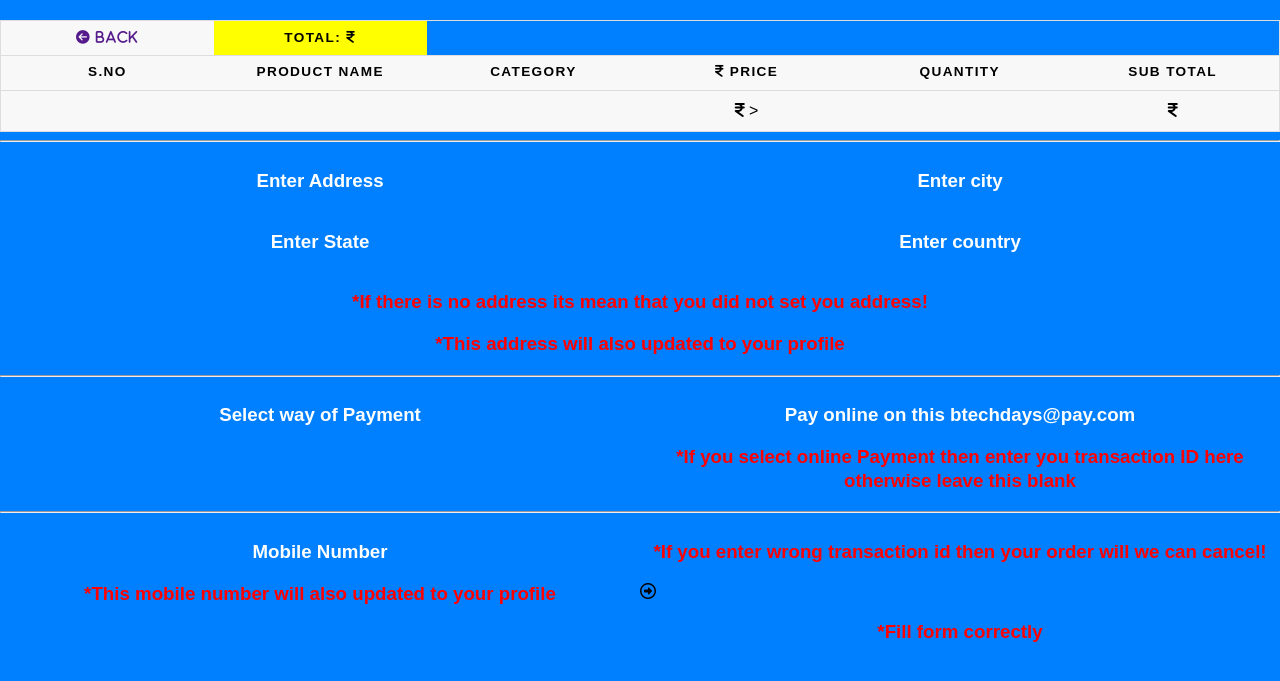
Repository: mauryau103/SandwichStore
Page: http://localhost/SandwichStore/addressPaymentForOrder.jsp
These files come from the project's save history. The page is drawn as it stood at one moment and after the next save; the edit follows.
The browser window is 1280 px wide. The pictures show the whole page.
Some web libraries are served in a nearby version. The page is served by Tomcat 9. The session is filled in as if someone had signed in: {"sList": 1, "username": "testuser"}. Other server files are loaded and not shown.

Above is the page before, as saved 2022-09-21 10:26:16.

### SandwichStore/src/main/webapp/addressPaymentForOrder.jsp
<%@ page language="java" contentType="text/html; charset=ISO-8859-1"
    pageEncoding="ISO-8859-1"%>
    <%@page import="java.sql.Statement"%>
<%@page import="java.sql.ResultSet"%>
<%@page import="java.awt.Taskbar.State"%>
<%@page import="com.db.MyConnection"%>
<%@page import="java.sql.Connection"%>
<!DOCTYPE html>
<html>
<head>
<link rel="stylesheet" href="css/addressPaymentForOrder-style.css">
<script src='https://kit.fontawesome.com/a076d05399.js'></script>
<title>Home</title>

</head>
<body>
<br>
<table>
<thead>

          <tr>
          <th scope="col"><a href=""><i class='fas fa-arrow-circle-left'> Back</i></a></th>
            <th scope="col" style="background-color: yellow;">Total: <i class="fa fa-inr"></i> </th>
          </tr>
        </thead>
        <thead>
          <tr>
          <th scope="col">S.No</th>
            <th scope="col">Product Name</th>
            <th scope="col">Category</th>
            <th scope="col"><i class="fa fa-inr"></i> price</th>
            <th scope="col">Quantity</th>
            <th scope="col">Sub Total</th>
          </tr>
        </thead>
        <tbody>

          <tr>

           <td></td>
            <td></td>
            <td></td>
            <td><i class="fa fa-inr"></i> ></td>
            <td> </td>
            <td><i class="fa fa-inr"></i> </td>
            </tr>

        </tbody>
      </table>

<hr style="width: 100%">

 <div class="left-div">
 <h3>Enter Address</h3>

 </div>

<div class="right-div">
<h3>Enter city</h3>

</div>

<div class="left-div">
<h3>Enter State</h3>

</div>

<div class="right-div">
<h3>Enter country</h3>

</div>
<h3 style="color: red">*If there is no address its mean that you did not set you address!</h3>
<h3 style="color: red">*This address will also updated to your profile</h3>
<hr style="width: 100%">
<div class="left-div">
<h3>Select way of Payment</h3>

</div>

<div class="right-div">
<h3>Pay online on this btechdays@pay.com</h3>

<h3 style="color: red">*If you select online Payment then enter you transaction ID here otherwise leave this blank</h3>
</div>
<hr style="width: 100%">

<div class="left-div">
<h3>Mobile Number</h3>

<h3 style="color: red">*This mobile number will also updated to your profile</h3>
</div>
<div class="right-div">
<h3 style="color: red">*If you enter wrong transaction id then your order will we can cancel!</h3>
<i class='far fa-arrow-alt-circle-right'></i>
<h3 style="color: red">*Fill form correctly</h3>
</div>


      <br>
      <br>
      <br>

</body>
</html>

### SandwichStore/src/main/webapp/UserHeader.jsp
<%@ page language="java" contentType="text/html; charset=ISO-8859-1"
    pageEncoding="ISO-8859-1"%>
<!DOCTYPE html>
<html>
<head>
<meta charset="ISO-8859-1">
<title>User Home</title>
<link rel="stylesheet" href="css/UserHeader.css">
</head>
<body>
<header>
	<nav>
		<div class="logo"><span>Sand</span>wichhut</div>
		<div><%String username=session.getAttribute("username").toString(); %>
		<h2><%out.println(username); %></h2>
		</div>
		<div class="menu">
			<a href="UserServlet?act=showAll">Home</a>
			<a href="MyCart.jsp">Cart</a>
			<a href="#">My Order's</a>
			<a href="#">Change details</a>
			<a href="#">Message us</a>
			<a href="#">About</a>
			<a href="Logout.jsp">Logout</a>
		</div>
	</nav>
</header>
</body>
</html>

### SandwichStore/src/main/webapp/css/UserHeader.css
@charset "ISO-8859-1";
*{padding: 0; margin:0; box-sizing: border-box; font-family: sans-serif;
		}
		nav{
			width: 100%;
			height: 70px;
			padding: 0px 70px;
			background: white;
			color: black;
			display: flex;
			justify-content: space-between;
			align-items: center;
			box-shadow: 2px 0px 5px grey;
		}
		.logo{
			font-weight: bold;
			font-size: 2em;
			letter-spacing: 2px;
		}
		.logo span{
			color: brown;
		}
		.menu a{
			text-decoration: none;
			color: black;
			padding: 10px 20px;
		}
		.menu a:last-child{
			background: brown;
			color: white;
			border-radius: 8px;
		}
	table {
  border: 1px solid #ccc;
  border-collapse: collapse;
  margin: 0;
  padding: 0;
  width: 100%;
  /*margin-left: 5%;*/
  table-layout: fixed;
}

table caption {
  font-size: 1.5em;
  margin: .5em 0 .75em;
}

table tr {
  background-color: #f8f8f8;
  border: 1px solid #ddd;
  padding: .35em;
}

table th,
table td {
  padding: .625em;
  text-align: center;
}

table th {
  font-size: .85em;
  letter-spacing: .1em;
  text-transform: uppercase;
}

@media screen and (max-width: 600px) {
  table {
    border: 0;
  }

  table caption {
    font-size: 1.3em;
  }

  table thead {
    border: none;
    clip: rect(0 0 0 0);
    height: 1px;
    margin: -1px;
    overflow: hidden;
    padding: 0;
    position: absolute;
    width: 1px;
  }

  table tr {
    border-bottom: 3px solid #ddd;
    display: block;
    margin-bottom: .625em;
  }

  table td {
    border-bottom: 1px solid #ddd;
    display: block;
    font-size: .8em;
    text-align: right;
  }

  table td::before {
    /*
    * aria-label has no advantage, it won't be read inside a table
    content: attr(aria-label);
    */
    content: attr(data-label);
    float: left;
    font-weight: bold;
    text-transform: uppercase;
  }

  table td:last-child {
    border-bottom: 0;
  }
}

Loaded but not shown: SandwichStore/src/main/webapp/css/addressPaymentForOrder-style.css (common file)

After the next save:
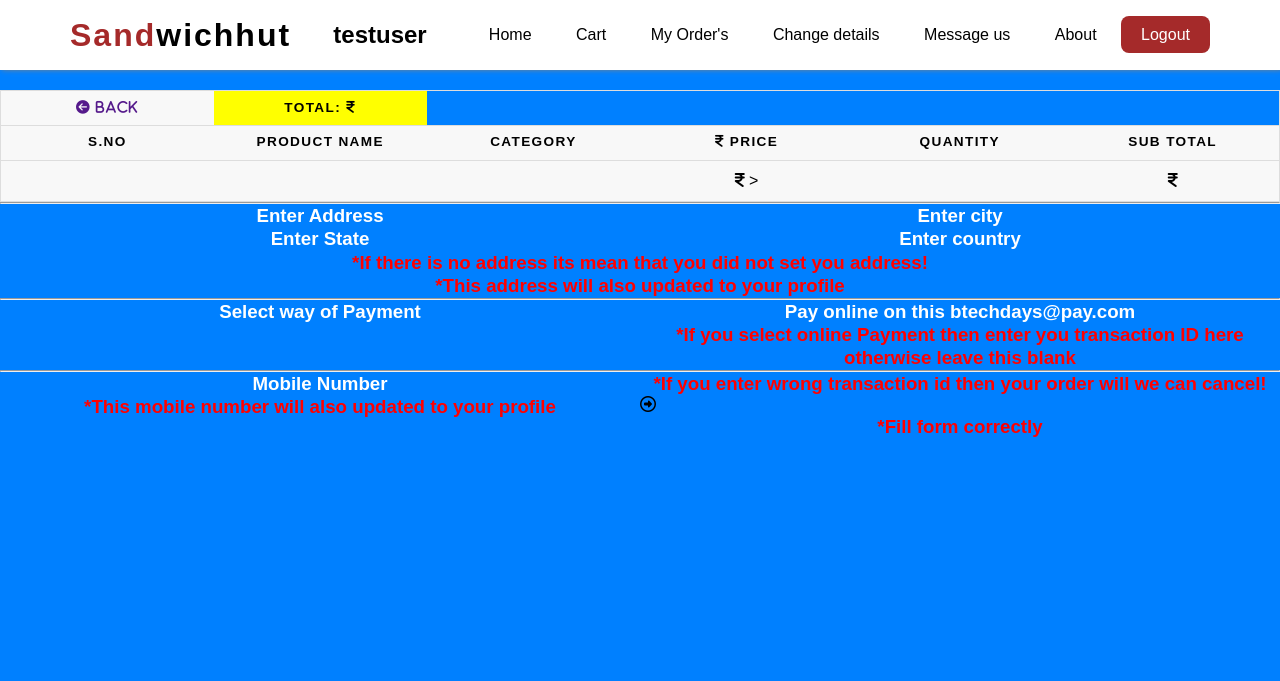
Saved 15 s later.
--- a/SandwichStore/src/main/webapp/addressPaymentForOrder.jsp
+++ b/SandwichStore/src/main/webapp/addressPaymentForOrder.jsp
@@ -5,6 +5,7 @@
 <%@page import="java.awt.Taskbar.State"%>
 <%@page import="com.db.MyConnection"%>
 <%@page import="java.sql.Connection"%>
+<%@ include file="UserHeader.jsp"%>
 <!DOCTYPE html>
 <html>
 <head>
